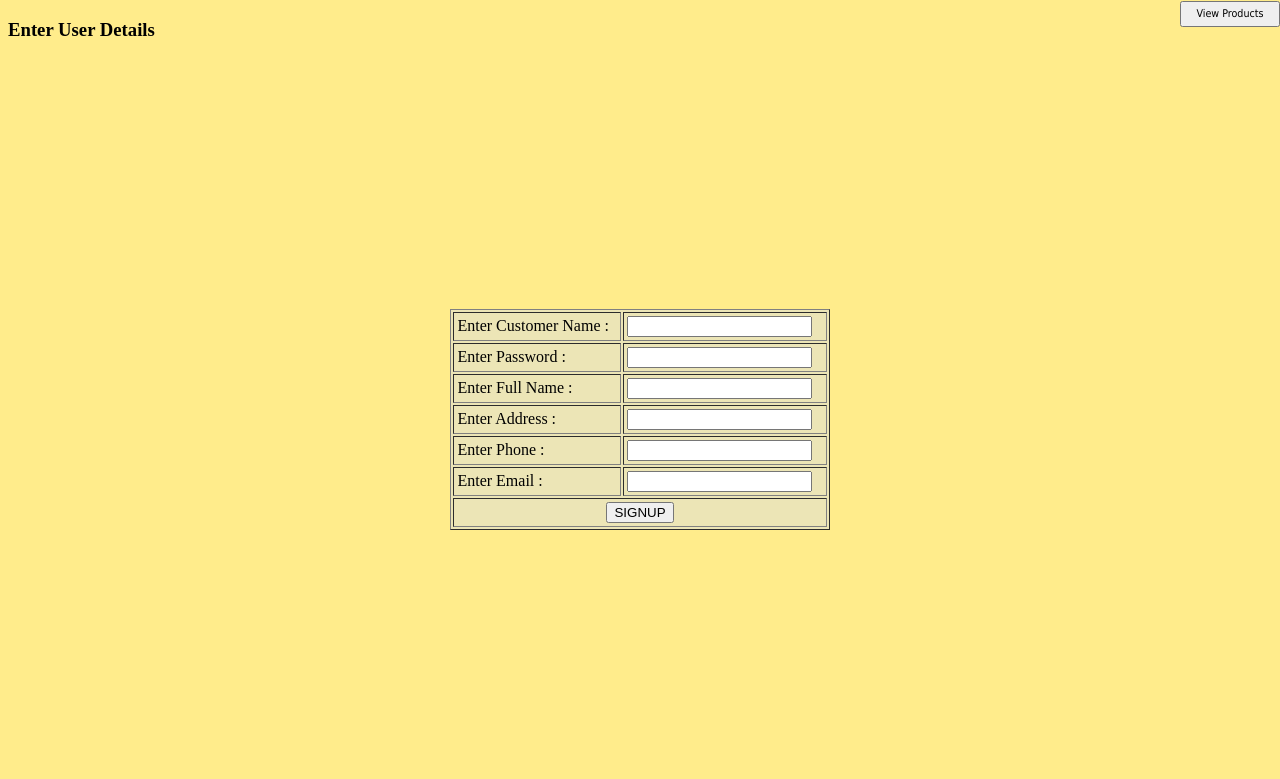
Repository: ankitasha/HomeProject
Page: http://localhost/insurance/WEB-INF/views/addcustomer.jsp
The author's editor kept a copy of each file at every save. The page is drawn from the files as they stood at one save, then again after the next save.
The browser window is 1280 px wide. The pictures show the whole page.
The page is served by Tomcat 9. Nobody is signed in. The template is opened directly, without the code that normally fills it, so the values that code supplies are empty.

Above is the page before, as saved 2017-05-03 08:35:02.

After the next save:
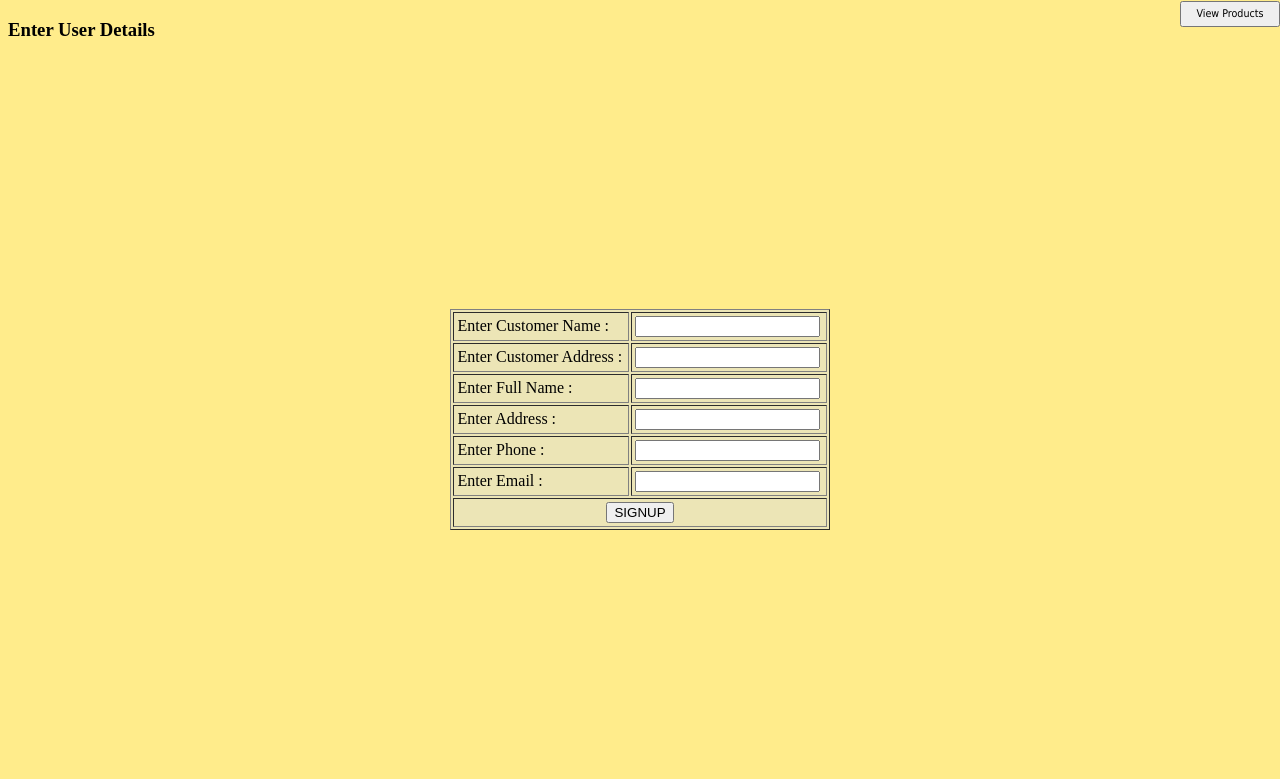
Saved 14 s later.
--- a/insurance/src/main/webapp/WEB-INF/views/addcustomer.jsp
+++ b/insurance/src/main/webapp/WEB-INF/views/addcustomer.jsp
@@ -63,7 +63,7 @@
                         <td> Enter Customer Name : </td><td><input name="name"  /> </td>
                     </tr>
                     <tr>
-                        <td> Enter Password : </td><td> <input name="userPassword" /> </td>
+                        <td> Enter Customer Address : </td><td> <input name="userPassword" /> </td>
                     </tr>
                     <tr>
                         <td> Enter Full Name : </td><td> <input name="fullName" /> </td>
